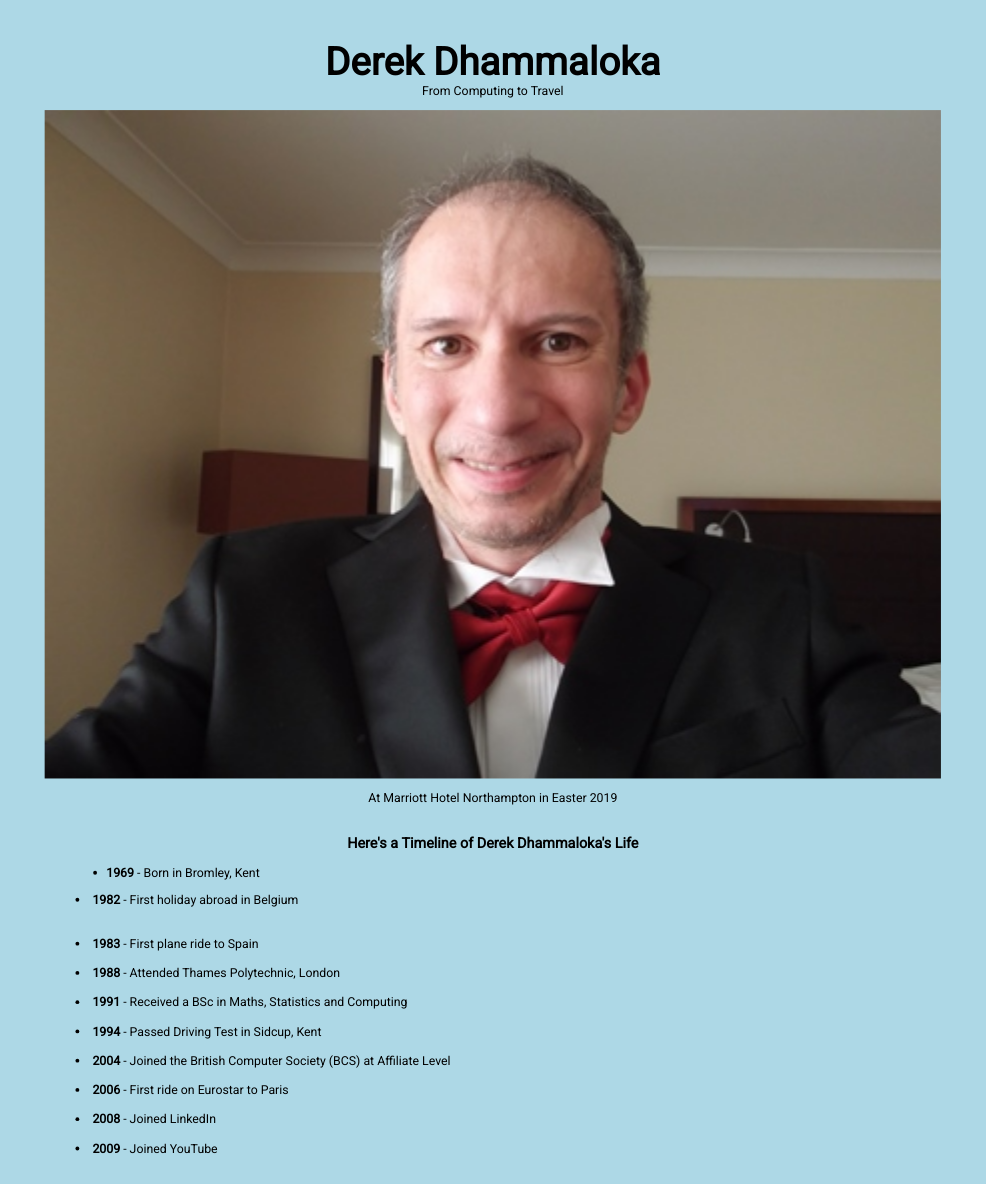
Repository: derektypist/tribute-page
Page: index.html
The author's editor kept a record of every edit. The page is drawn from the files as they stood at one moment, then again after the next edit.
The browser window is 1280 px wide. The pictures show the whole page, at 77% of full size.

Above is the page before.

After the next edit:
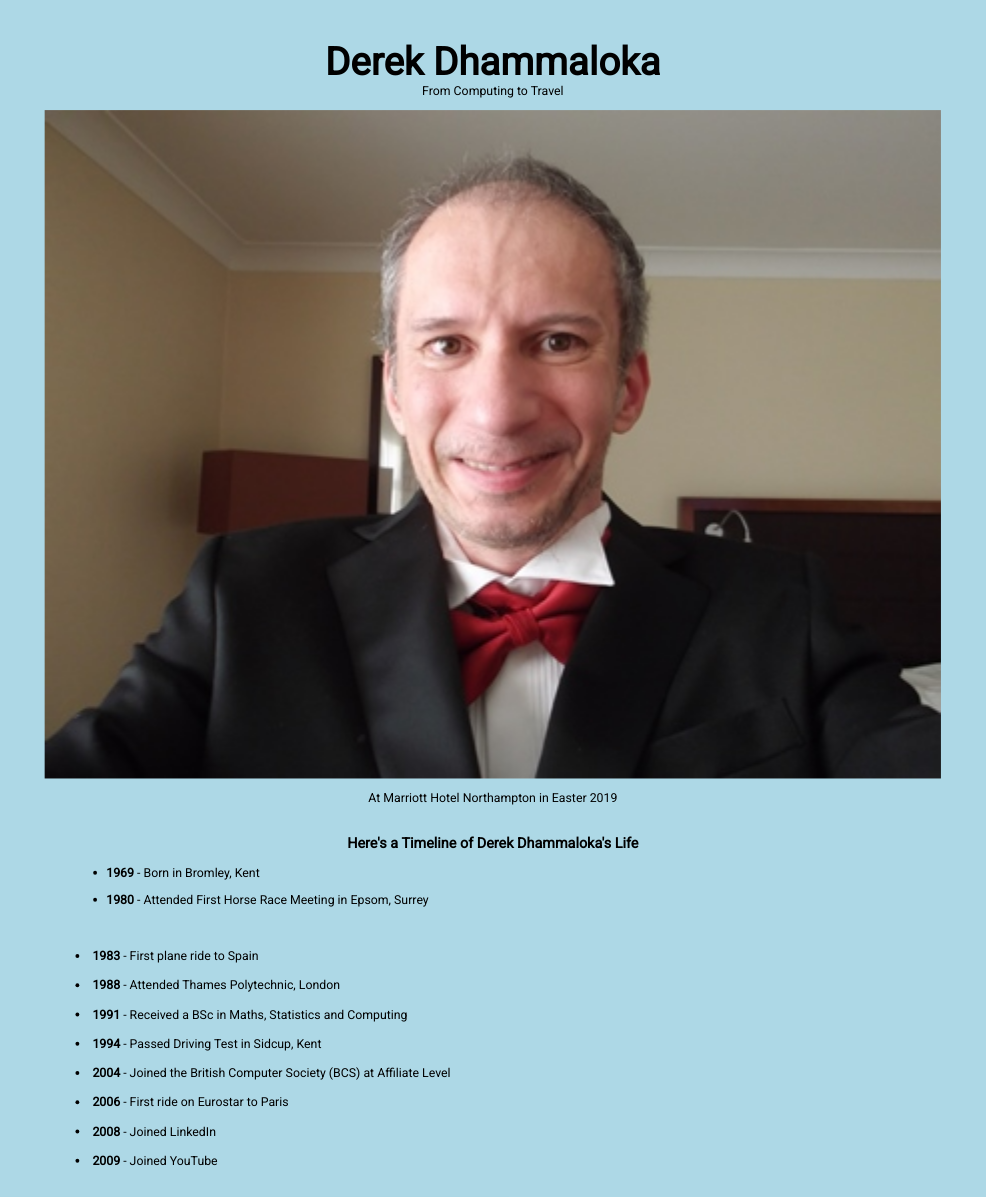
The edit:
--- a/index.html
+++ b/index.html
@@ -67,24 +67,33 @@
     <!-- Set Main Element -->
     <main>
 
-            <!-- Display Image with its Caption -->
-            <div id="img-div">
-               <p>From Computing to Travel</p>
-               <figure>
-                   <img src="derek.JPG" id="image" title="At Marriott Hotel Northampton - Easter 2019" alt="At Marriott Hotel Northampton - Easter 2019">
-                   <figcaption id="img-caption">At Marriott Hotel Northampton in Easter 2019</figcaption>
-               </figure>
-            </div>
-            <section>
+        <!-- Display Image with its Caption -->
+        <div id="img-div">
+            <p>From Computing to Travel</p>
+            <figure>
+                <img src="derek.JPG" id="image" title="At Marriott Hotel Northampton - Easter 2019" alt="At Marriott Hotel Northampton - Easter 2019">
+                <figcaption id="img-caption">At Marriott Hotel Northampton in Easter 2019</figcaption>
+            </figure>
+        </div>
+        <section>
             <h3>Here's a Timeline of Derek Dhammaloka's Life</h3>
             <!-- Display Tribute Information -->
             <article id="tribute-info">
                 <!-- Display Information for 1969 -->
                 <ul>
-                <li><strong>1969 </strong>- Born in Bromley, Kent</li>
+                    <li><strong>1969 </strong>- Born in Bromley, Kent</li>
                 </ul>
 
-                <li><strong>1982 </strong>- First holiday abroad in Belgium</li>
+                <!-- Display Information for 1980 -->
+                <ul>
+                    <li><strong>1980 </strong>- Attended First Horse Race Meeting in Epsom, Surrey</li>
+                </ul>
+
+                <!-- Display Information for 1982 -->
+                <ul>
+
+                </ul>
+
                 <br><br>
                 <li><strong>1983 </strong>- First plane ride to Spain</li>
                 <br>
